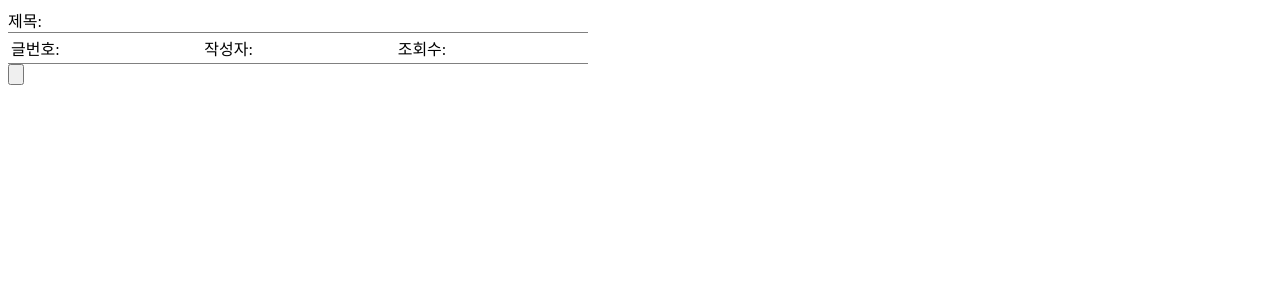
Repository: dahye1013/java-basic-learning
Page: http://localhost/memberJSP/board/boardView.jsp
The author's editor kept a copy of each file at every save. The page is drawn from the files as they stood at one save, then again after the next save.
The browser window is 1280 px wide. The pictures show the whole page.
The page is served by Tomcat 9. Other server files are loaded and not shown.

Above is the page before, as saved 2020-06-11 01:48:39.

### memberJSP/WebContent/board/boardView.jsp
<%@ page language="java" contentType="text/html; charset=UTF-8"
    pageEncoding="UTF-8"%>
<!DOCTYPE html>
<html>
<head>
<meta charset="UTF-8">
<title>선택  글</title>
</head>
<body>

<table  border="1" width=580px cellspacing=0 cellpadding=3 style=table-layout:fixed
			frame="hsides" rules="rows">
<tr>제목:
</tr>
<tr>
<td>글번호:
</td>
<td>작성자:
</td>
<td>조회수:
</td>
</tr>
<tr>
</tr>


</table>

<input type = button >
</body>
</html>

After the next save:
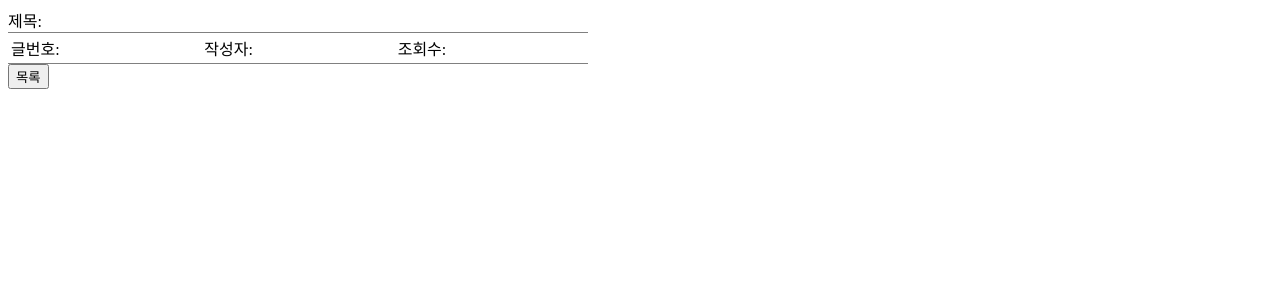
Saved 11 s later.
--- a/memberJSP/WebContent/board/boardView.jsp
+++ b/memberJSP/WebContent/board/boardView.jsp
@@ -26,6 +26,6 @@
 
 </table>
 
-<input type = button >
+<input type = button value="목록">
 </body>
 </html>
